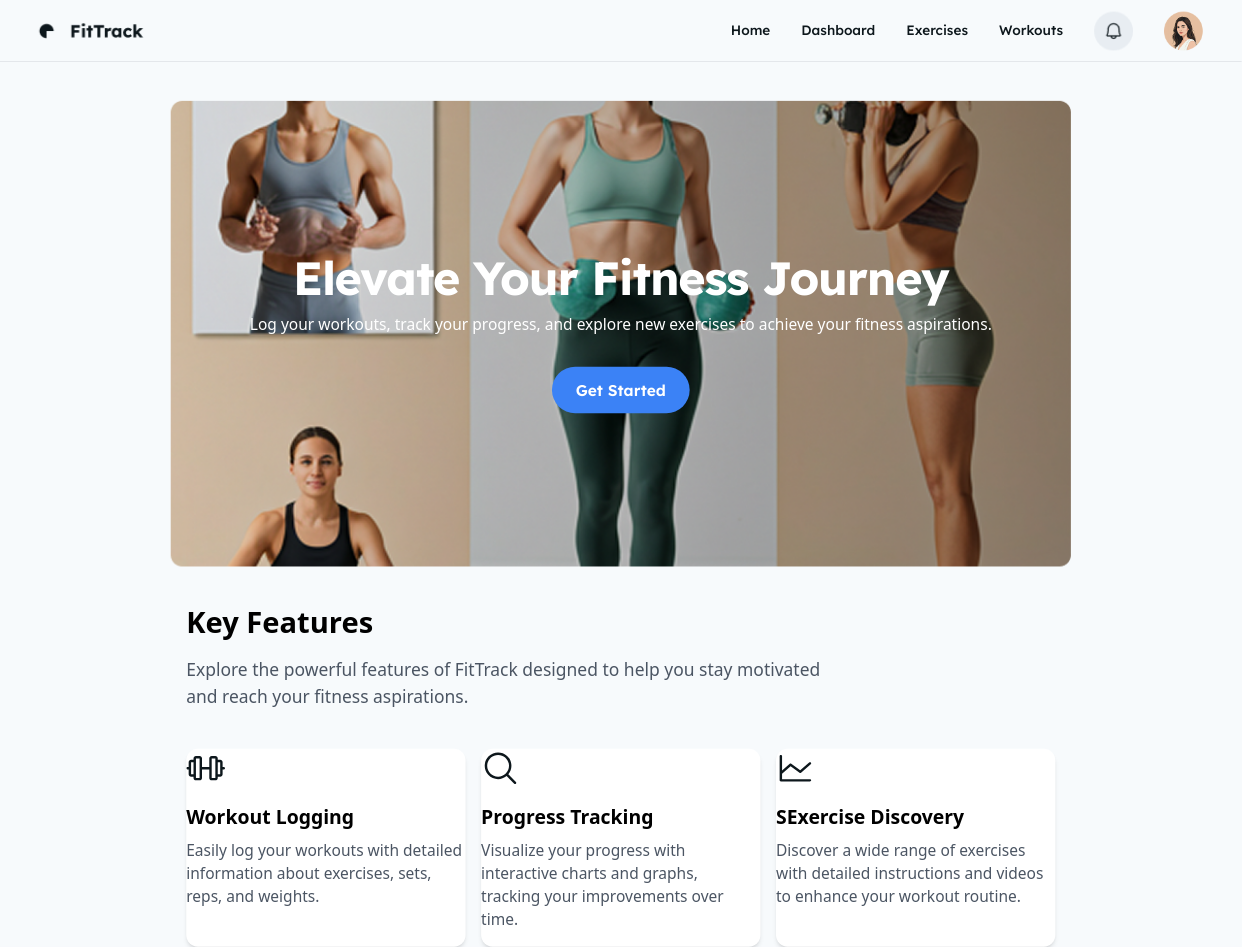
Repository: Emy-gold/fitness-tracking-platform
Page: /
These files come from the project's save history. The page is drawn as it stood at one moment and after the next save; the edit follows.
The browser window is 1280 px wide. The pictures show the whole page, at 97% of full size.
The project was rebuilt for these pictures with package versions that can differ from the ones it lists, and the page was loaded fresh each time. Also part of the build but not shown: vite.config.js, src/Pages/Dashboard.jsx, src/Pages/Exercises.jsx, src/Pages/Workouts.jsx, src/components/Footer.jsx.

Above is the page before, as saved 2025-08-24 23:25:39.

### index.html
<!doctype html>
<html lang="en">

<head>
  <meta charset="UTF-8" />
  <link rel="icon" type="image/svg+xml" href="/vite.svg" />
  <meta name="viewport" content="width=device-width, initial-scale=1.0" />
  <link href="https://fonts.googleapis.com/css2?family=Lexend:wght@300;400;500;600;700&display=swap" rel="stylesheet">
  <title>Vite + React</title>
</head>

<body>
  <div id="root"></div>
  <script type="module" src="/src/main.jsx"></script>
</body>

</html>

### src/index.css
@tailwind base;
@tailwind components;
@tailwind utilities;

body{
    padding: 0;
    margin: 0;
    background-color: #F7FAFC;
}

### src/App.jsx
import './App.css';
import { BrowserRouter as Router, Routes, Route } from 'react-router-dom';
import Home from './Pages/Home';
import Dashboard from './Pages/Dashboard.jsx';
import Exercises from './Pages/Exercises.jsx';
import Workouts from './Pages/Workouts.jsx';
import Header from './components/Header.jsx';
import Footer from './components/Footer';


function App() {

  return (
    <>

      <Router>
        <Header />
        <Routes>
          <Route path="/" element={<Home />} />
          <Route path="/dashboard" element={<Dashboard />} />
          <Route path="/exercises" element={<Exercises />} />
          <Route path="/workouts" element={<Workouts />} />
        </Routes>
      </Router>
    </>
  )
}

export default App

### src/App.css
#root {
    margin: 0 auto;
    padding: 0;
    text-align: center;

}

.logo {
    height: 6em;
    padding: 1.5em;
    will-change: filter;
    transition: filter 300ms;
}
.logo:hover {
    filter: drop-shadow(0 0 2em #646cffaa);
}
.logo.react:hover {
    filter: drop-shadow(0 0 2em #61dafbaa);
}

@keyframes logo-spin {
    from {
    transform: rotate(0deg);
    }
    to {
    transform: rotate(360deg);
    }
}

@media (prefers-reduced-motion: no-preference) {
    a:nth-of-type(2) .logo {
    animation: logo-spin infinite 20s linear;
    }
}

.card {
    padding: 2em;
}

.read-the-docs {
    color: #888;
}

### src/Pages/Home.jsx
import React from 'react';
import Header from '../components/Header';
import { useState, useEffect } from 'react';
import cardsData from "../cardsData.json";
import homepic from "../assets/home.png";

function Home() {

    const [cards, setCards] = useState([]);

    useEffect(() => {
        setCards(cardsData)
    })

    return (
        <>
            <main className='flex flex-col justify-center items-center'>

                <section className='my-10 relative flex justify-center'>
                    <img src={homepic} className="" />
                    <div className="absolute inset-0 flex flex-col justify-center text-center text-white">
                        <h1 className='text-5xl font-lexend font-bold mb-3 tracking-tight '>Elevate Your Fitness Journey</h1>
                        <p className=''>Log your workouts, track your progress, and explore new exercises to achieve your fitness aspirations.</p>
                        <button type="submit" className='mt-8 mx-auto bg-blue-500 py-[12px] px-6 font-lexend font-semibold rounded-3xl hover:bg-blue-600 transition duration-300'>Get Started</button>
                    </div>
                </section >

                <section className='flex flex-col items-start px-12'>
                    <div className='flex flex-col items-start text-left'>
                        <h2 className='text-3xl font-bold mb-4'>Key Features</h2>
                        <p className='text-lg text-gray-600 max-w-2xl'>Explore the powerful features of FitTrack designed to help you stay motivated and reach your fitness aspirations.</p>
                    </div>
                    <div className='flex flex-wrap gap-4 mt-10 text-left w-full'> {/* Removed justify-center */}
                        {cards.map(card => (
                            <div key={card.id} className='w-72 bg-white rounded-xl shadow-md pb-4'>
                                <img src={card.image} className='mb-4 h-10 w-10 object-contain' />
                                <h3 className='text-xl font-semibold mb-2'>{card.title}</h3>
                                <p className='text-gray-600'>{card.summary}</p>
                            </div>
                        ))}
                    </div>
                </section>
                <section></section>
            </main >
        </>

    )
}

export default Home

### src/components/Header.jsx
import React from 'react';
import { Link } from 'react-router-dom';
import logo from "../assets/logo.png";
import icon from "../assets/notifeicon.png";
import profilePic from "../assets/profilepic.png";

function Header() {
    return (
        <>
            <header className='bg-primary border-b border-gray-300/50 sticky w-full h-16 top-0 z-50 px-10'>
                <div className="flex relative justify-between items-center h-full">
                    <Link to="/" className='flex items-center'>
                        <img
                            src={logo}
                            alt="logo"
                            className='hover:opacity-20 transition-opacity duration-300'
                        />
                    </Link>

                    <nav className='flex gap-8 items-center ml-auto'>
                        <Link to="/" className='font-lexend font-medium text-sm text-textColor hover:scale-105 leading-[21px]'>Home</Link>
                        <Link to="/dashboard" className='font-lexend font-medium text-sm text-textColor hover:scale-105 leading-[21px]'>Dashboard</Link>
                        <Link to="/exercises" className='font-lexend font-medium text-sm text-textColor hover:scale-105 leading-[21px]'>Exercises</Link>
                        <Link to="/workouts" className='font-lexend font-medium text-sm text-textColor hover:scale-105 leading-[21px]'>Workouts</Link>
                        <img src={icon} className='hover:scale-105 duration-200' />
                        <img src={profilePic} className='h-10 w-10 hover:scale-105 duration-200' />
                    </nav>

                    <div></div>
                </div>
            </header>
        </>
    )
}

export default Header;

### src/cardsData.json
[
    {
        "id": 1,
        "title": "Workout Logging",
        "summary": "Easily log your workouts with detailed information about exercises, sets, reps, and weights.",
        "image": "src/assets/icon1.svg"
    },
    {
        "id": 2,
        "title": "Progress Tracking",
        "summary": "Visualize your progress with interactive charts and graphs, tracking your improvements over time.",
        "image": "src/assets/icon2.svg"
    },
    {
        "id": 3,
        "title": "SExercise Discovery",
        "summary": "Discover a wide range of exercises with detailed instructions and videos to enhance your workout routine.",
        "image": "src/assets/icon3.svg"
    }
]

### tailwind.config.js

/** @type {import('tailwindcss').Config} */
export default {
  content: [
    "./index.html",
    "./src/**/*.{js,ts,jsx,tsx}",
  ],
  theme: {
    extend: {
      fontFamily: {
        lexend: ['Lexend', 'sans-serif'],
      },
      colors: {
        primary: "#F7FAFC",
        textColor: "#0D171C",
      }
    },
  },
  plugins: [],
}

Loaded but not shown: src/main.jsx (common file)

After the next save:
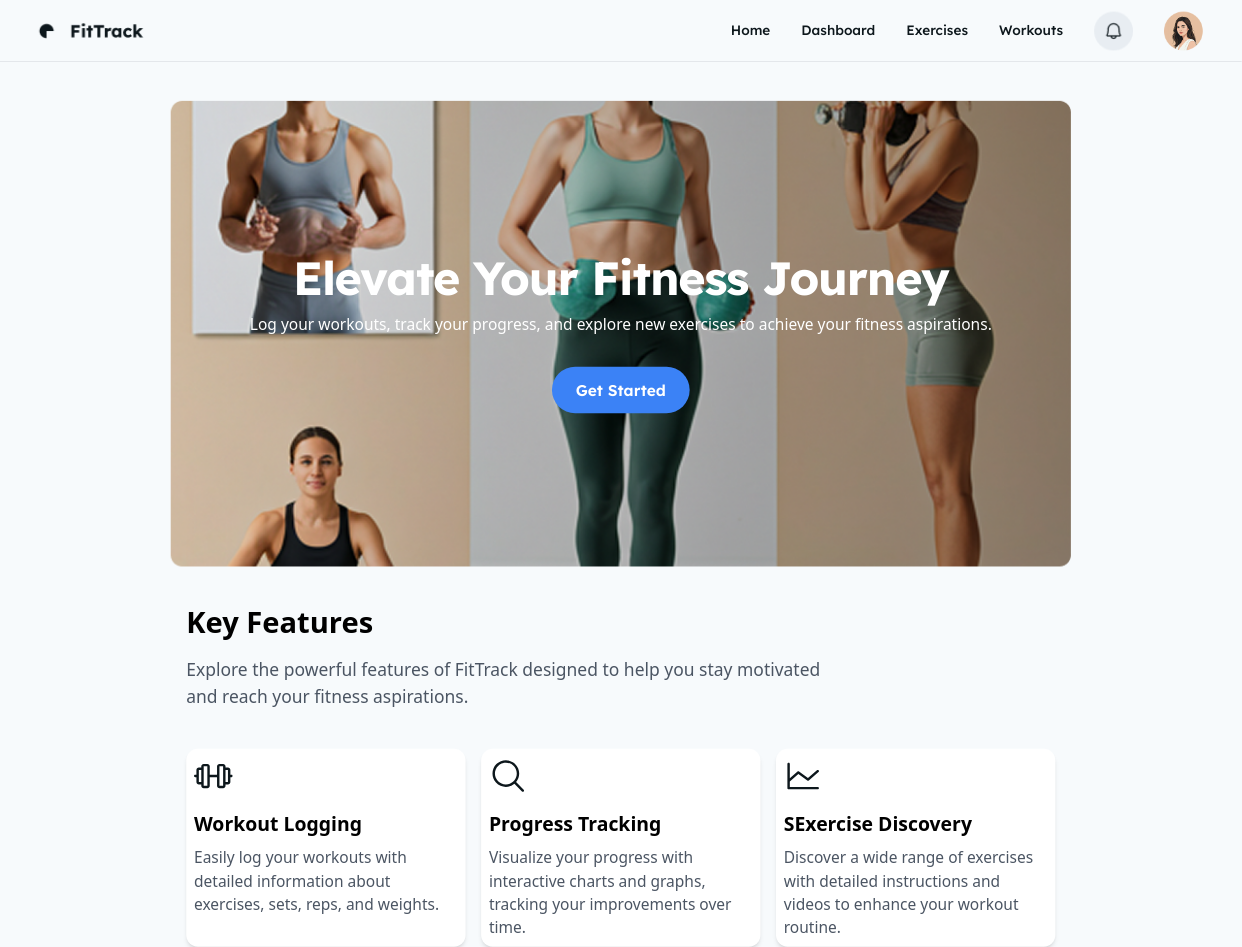
Saved 23 s later.
--- a/src/Pages/Home.jsx
+++ b/src/Pages/Home.jsx
@@ -32,7 +32,7 @@ function Home() {
                     </div>
                     <div className='flex flex-wrap gap-4 mt-10 text-left w-full'> {/* Removed justify-center */}
                         {cards.map(card => (
-                            <div key={card.id} className='w-72 bg-white rounded-xl shadow-md pb-4'>
+                            <div key={card.id} className='w-72 bg-white rounded-xl shadow-md p-2'>
                                 <img src={card.image} className='mb-4 h-10 w-10 object-contain' />
                                 <h3 className='text-xl font-semibold mb-2'>{card.title}</h3>
                                 <p className='text-gray-600'>{card.summary}</p>
